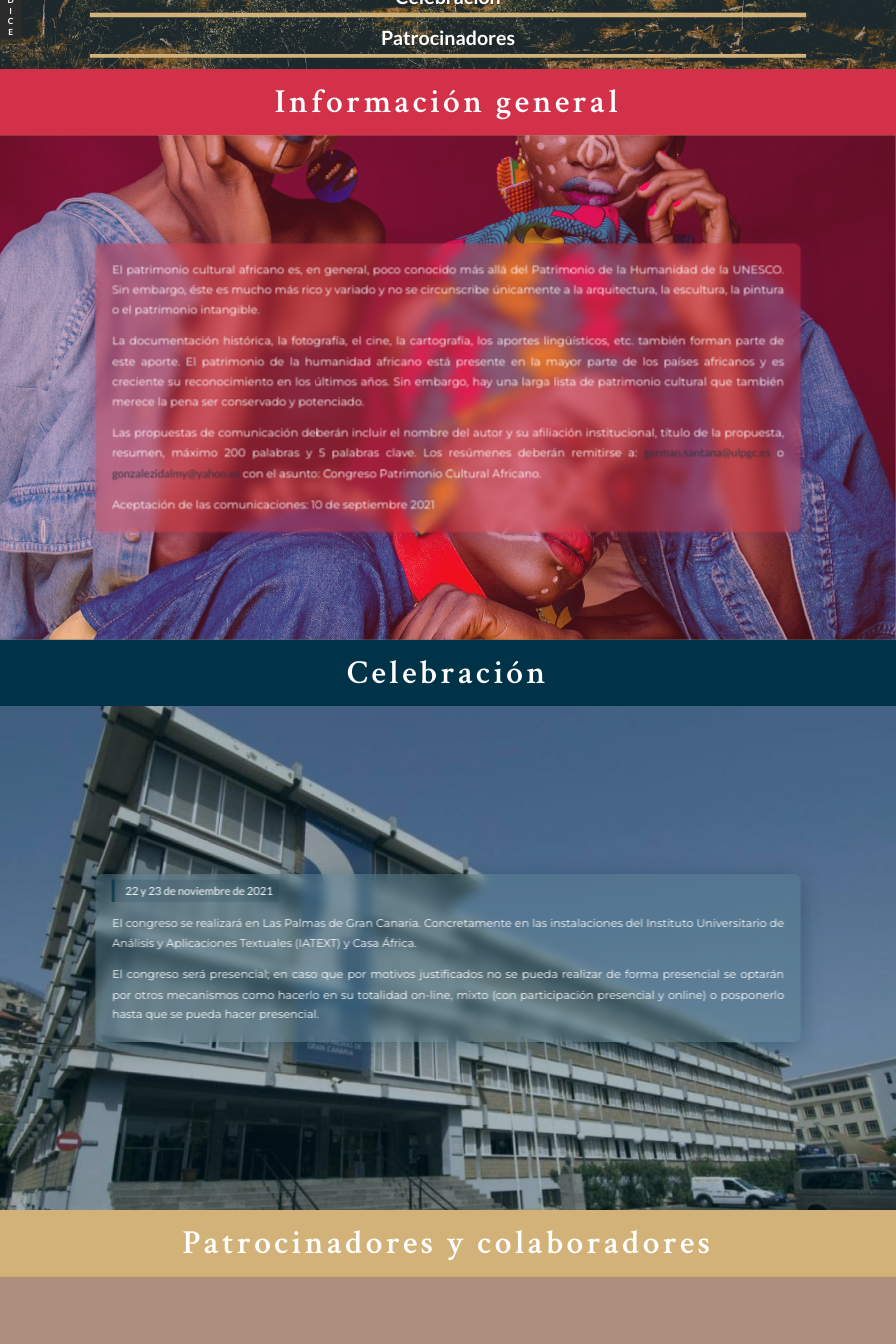
Repository: Letram/congresoafrica
Page: index.html
The author's editor kept a copy of each file at every save. The page is drawn from the files as they stood at one save, then again after the next save.
The browser window is 1280 px wide. The pictures show the part of the page from y = 402 to 2322 px (the page is 2945 px tall), at 70% of full size.
Pictures or frames that could not be fetched are drawn as grey boxes. Backgrounds fixed to the window are drawn as part of the page. Some web libraries are served in a nearby version. The style sheet was rebuilt from its Sass, Less or Tailwind sources for each picture, by a compiler version that may differ from the author's.

Above is the page before, as saved 2021-04-30 12:57:23.

### index.html
<!DOCTYPE html>
<html lang="en">
  <head>
    <meta charset="UTF-8" />
    <meta name="viewport" content="width=device-width, initial-scale=1.0" />
    <title>
      CONGRESO INTERNACIONAL SOBRE PATRIMONIO CULTURAL AFRICANO ATLÁNTICO Y DE
      LA AFRODESCENDENCIA
    </title>
    <link rel="stylesheet" href="styles/simple-grid.min.css" />
    <link rel="stylesheet" href="styles/styles.css" />
    <link
      rel="shortcut icon"
      href="resources/pictures/favicon.png"
      type="image/x-icon"
    />
  </head>
  <body>
    <header id="header">
      <section class="head">
        <div class="logo">
          <img src="resources\pictures\africa-icon-9.jpg" alt="" />
        </div>
        <h2 class="title">
          Congreso Internacional sobre Patrimonio Cultural Africano Atlántico y
          de la Afrodescendencia
        </h2>
      </section>
      <nav class="navigation">
        <a href="#s1"><p>Información general</p></a>
        <a href="#s2"><p>Celebración</p></a>
        <a href="#s3"><p>Patrocinadores</p></a>
      </nav>
    </header>
    <article>
      <h1 id="s1" class="title t1">Información general</h1>
      <section class="section sec-1">
        <div class="card">
          <div class="content">
            <p>
              El patrimonio cultural africano es, en general, poco conocido más
              allá del Patrimonio de la Humanidad de la UNESCO. Sin embargo,
              éste es mucho más rico y variado y no se circunscribe únicamente a
              la arquitectura, la escultura, la pintura o el patrimonio
              intangible.
            </p>
            <p>
              La documentación histórica, la fotografía, el cine, la
              cartografía, los aportes lingüísticos, etc. también forman parte
              de este aporte. El patrimonio de la humanidad africano está
              presente en la mayor parte de los países africanos y es creciente
              su reconocimiento en los últimos años. Sin embargo, hay una larga
              lista de patrimonio cultural que también merece la pena ser
              conservado y potenciado.
            </p>
            <p>
              Las propuestas de comunicación deberán incluir el nombre del autor
              y su afiliación institucional, título de la propuesta, resumen,
              máximo 200 palabras y 5 palabras clave. Los resúmenes deberán
              remitirse a: <span>german.santana@ulpgc.es</span> o <span>gonzalezidalmy@yahoo.es</span> con
              el asunto: Congreso Patrimonio Cultural Africano.
            </p>
            <p>Aceptación de las comunicaciones: 10 de septiembre 2021</p>
          </div>
        </div>
      </section>
      <h1 id="s2" class="title t2">Celebración</h1>
      <section class="section sec-2">
        <div class="card">
          <div class="content">
            <span class="fecha">22 y 23 de noviembre de 2021</span>
            <p>
              El congreso se realizará en Las Palmas de Gran Canaria.
              Concretamente en las instalaciones del Instituto Universitario de
              Análisis y Aplicaciones Textuales (IATEXT) y Casa África.
            </p>
            <p>
              El congreso será presencial; en caso que por motivos justificados
              no se pueda realizar de forma presencial se optarán por otros
              mecanismos como hacerlo en su totalidad on-line, mixto (con
              participación presencial y online) o posponerlo hasta que se pueda
              hacer presencial.
            </p>
          </div>
        </div>
      </section>
      <h1 id="s3" class="title t3">Patrocinadores y colaboradores</h1>
      <section class="section sec-3">
        <div class="card">
          <div class="content">
            <div class="foundation">
              <div class="founders">
                <div class="founder founder1">
                  <p>Fundación Caja Canarias</p>
                  <img
                    src="./resources/pictures/fundacion_cajacanarias_logo_round.png"
                    alt="logo fundación Caja Canarias"
                  />
                </div>
                <div class="founder founder2">
                  <p>Fundación La Caixa</p>
                  <img
                    src="./resources/pictures/fundacion_la_caixa_logo_round.png"
                    alt="logo fundación La Caixa"
                  />
                </div>
                <p class="text">
                  A través del proyecto "Localización y puesta en valor del
                  patrimonio africano en Canarias"
                </p>
              </div>
              <div class="founder">
                <p><i>(Colabora)</i> Casa Africa</p>
                <img
                  src="./resources/pictures/casa_africa_logo_round.png"
                  alt="logo Casa África"
                />
              </div>
              <div class="founder">
                <p>IATEXT</p>
                <img
                  src="./resources/pictures/submarcas_iatext_redes_copia-2.png"
                  alt="logo IATEXT"
                />
              </div>
            </div>
          </div>
        </div>
      </section>
    </article>

    <div class="index">
      <p id="indexToggle" onclick="toggleIndexes()" class="title">indice</p>
      <div id="indexes" class="indexes clipped">
        <a onclick="toggleIndexes()" href="#s1"><p>Información general</p></a>
        <a onclick="toggleIndexes()" href="#s2"><p>Celebración</p></a>
        <a onclick="toggleIndexes()" href="#s3"><p>Patrocinadores</p></a>
      </div>
    </div>

    <script
      src="https://cdnjs.cloudflare.com/ajax/libs/gsap/3.6.0/gsap.min.js"
      integrity="sha512-1dalHDkG9EtcOmCnoCjiwQ/HEB5SDNqw8d4G2MKoNwjiwMNeBAkudsBCmSlMnXdsH8Bm0mOd3tl/6nL5y0bMaQ=="
      crossorigin="anonymous"
    ></script>
    <script
      src="https://cdnjs.cloudflare.com/ajax/libs/gsap/3.6.0/EasePack.min.js"
      integrity="sha512-BtkmHcburTSPPhy5MastdmQoE2nLn+jCeZf73RXXd7dk6z6Z7FXIjVeVfBPHpnha0KYKSaNyBZLVvBNejz+5wg=="
      crossorigin="anonymous"
    ></script>
    <script
      src="https://cdnjs.cloudflare.com/ajax/libs/gsap/3.6.0/CSSRulePlugin.min.js"
      integrity="sha512-9F1xsW3TBG87UnyGcF1SrXph249h/eUKPRKJZVhXxW+OeDmCiBvU9/gLfOo5qEvGTjTxOr6YQrY4ImjL90IUyw=="
      crossorigin="anonymous"
    ></script>
    <script src="scripts/scripts.js"></script>
  </body>
</html>

### styles/simple-grid.min.css
@import url(https://fonts.googleapis.com/css?family=Lato:400,300,300italic,400italic,700,700italic);
body,
html {
  height: 100%;
  width: 100%;
  margin: 0;
  padding: 0;
  left: 0;
  top: 0;
  font-size: 100%;
}
.center,
.container {
  margin-left: auto;
  margin-right: auto;
}
* {
  font-family: Lato, Helvetica, sans-serif;
  color: #333447;
  line-height: 1.5;
}
h1 {
  font-size: 2.5rem;
}
h2 {
  font-size: 2rem;
}
h3 {
  font-size: 1.375rem;
}
h4 {
  font-size: 1.125rem;
}
h5 {
  font-size: 1rem;
}
h6 {
  font-size: 0.875rem;
}
p {
  font-size: 1.125rem;
  font-weight: 200;
  line-height: 1.8;
}
.font-light {
  font-weight: 300;
}
.font-regular {
  font-weight: 400;
}
.font-heavy {
  font-weight: 700;
}
.left {
  text-align: left;
}
.right {
  text-align: right;
}
.center {
  text-align: center;
}
.justify {
  text-align: justify;
}
.container {
  width: 90%;
}
.row {
  position: relative;
  width: 100%;
}
.row [class^="col"] {
  float: left;
  margin: 0.5rem 2%;
  min-height: 0.125rem;
}
.col-1,
.col-10,
.col-11,
.col-12,
.col-2,
.col-3,
.col-4,
.col-5,
.col-6,
.col-7,
.col-8,
.col-9 {
  width: 96%;
}
.col-1-sm {
  width: 4.33%;
}
.col-2-sm {
  width: 12.66%;
}
.col-3-sm {
  width: 21%;
}
.col-4-sm {
  width: 29.33%;
}
.col-5-sm {
  width: 37.66%;
}
.col-6-sm {
  width: 46%;
}
.col-7-sm {
  width: 54.33%;
}
.col-8-sm {
  width: 62.66%;
}
.col-9-sm {
  width: 71%;
}
.col-10-sm {
  width: 79.33%;
}
.col-11-sm {
  width: 87.66%;
}
.col-12-sm {
  width: 96%;
}
.row::after {
  content: "";
  display: table;
  clear: both;
}
.hidden-sm {
  display: none;
}
@media only screen and (min-width: 33.75em) {
  .container {
    width: 80%;
  }
}
@media only screen and (min-width: 45em) {
  .col-1 {
    width: 4.33%;
  }
  .col-2 {
    width: 12.66%;
  }
  .col-3 {
    width: 21%;
  }
  .col-4 {
    width: 29.33%;
  }
  .col-5 {
    width: 37.66%;
  }
  .col-6 {
    width: 46%;
  }
  .col-7 {
    width: 54.33%;
  }
  .col-8 {
    width: 62.66%;
  }
  .col-9 {
    width: 71%;
  }
  .col-10 {
    width: 79.33%;
  }
  .col-11 {
    width: 87.66%;
  }
  .col-12 {
    width: 96%;
  }
  .hidden-sm {
    display: block;
  }
}
@media only screen and (min-width: 60em) {
  .container {
    width: 75%;
    max-width: 60rem;
  }
}

### scripts/scripts.js
function toggleIndexes() {
  indexes = document.getElementById("indexes");
  indexes.classList.toggle("clipped");
}

### styles/styles.scss
$brown: rgb(210, 178, 120);
$orange: rgb(213, 108, 51);
$blue: #003348;
$blue-light: #5a8192;
$green: rgb(119, 146, 95);
$purple: rgb(119, 38, 94);
$pink: rgb(211, 49, 73);
$light: #b5d9bd;
$black: rgb(43, 43, 43);

@import url("https://fonts.googleapis.com/css2?family=Crimson+Text:wght@600");
@import url("https://fonts.googleapis.com/css2?family=Montserrat:wght@400;500");
* {
  all: default;
}
html {
  scroll-behavior: smooth;
}
body {
  background: #d2b278;
}

/* The sticky class is added to the navbar with JS when it reaches its scroll position */
.sticky {
  position: sticky;
  top: 0;
  z-index: 99;
}

header {
  background: url("../resources/pictures/pexels-oleg-magni-861339.jpg")
    rgba(43, 43, 43, 0.3);
  background-blend-mode: color;
  background-position: 0% 50%;
  background-size: cover;
  background-repeat: no-repeat;
  .head {
    display: flex;
    justify-content: center;
    align-items: center;
    .logo {
      position: relative;
      background-color: $brown;
      border-radius: 50%;
      display: flex;
      justify-content: center;
      align-items: center;
      width: 6rem;
      height: 6rem;
      margin: 2rem;
      img {
        width: 10rem;
        height: auto;
        object-fit: contain;
      }
    }
    .title {
      position: relative;
      color: $brown;
      text-shadow: 1px 1px 2px $black;
    }
    position: relative;
    &:before {
      content: "";
      position: absolute;
      top: 0;
      bottom: 0;
      left: 0;
      right: 0;
      background-color: rgba($color: $black, $alpha: 0.6);
    }
  }
  .navigation {
    display: flex;
    justify-content: space-between;
    align-items: center;
    width: 70%;
    margin: auto;
    padding-bottom: 1rem;
    a {
      position: relative;
      text-decoration: none;
      color: $brown;
      font-size: 2rem;
      overflow: hidden;
      &::before {
        content: "";
        width: 100%;
        height: 100%;
        position: absolute;
        bottom: 0;
        left: 0;
        right: 0;
        background: linear-gradient(
          $brown 12%,
          rgba($color: $brown, $alpha: 0.3) 12%
        );
        transform: translateY(90%);
        transition: all ease-in 0.15s;
      }
      &:hover {
        &::before {
          transform: translateY(0);
        }
      }
      p {
        margin: 0;
        padding: 0.25rem 4rem;
        text-decoration: none;
        color: white;
        font-size: 1.75rem;
        font-weight: bold;
        position: relative;
        transition: all ease-in 0.15s;
        text-shadow: 1px 1px 2px $black;
      }
    }
  }
}

article {
  display: flex;
  flex-direction: column;
  h1.title {
    width: 100%;
    margin: auto;
    padding: 2rem 0;
    text-align: center;
    background-color: $orange;
    color: white;
    font-family: "Crimson Text", serif;
    font-size: 3rem;
    line-height: normal;
    letter-spacing: 0.3rem;
    &.t1 {
      background-color: $pink;
    }
    &.t2 {
      background-color: $blue;
    }
    &.t3 {
      background-color: $brown;
    }
  }
}

.section {
  width: 100%;
  min-height: 100vh;
  background-attachment: fixed;
  background-position: center;
  background-repeat: no-repeat;
  position: relative;
  display: flex;
  justify-content: center;
  align-items: center;
  &.sec-1 {
    background-image: url("../resources/pictures/pexels-bestbe-models-2170387.jpg");
    background-size: cover;
    &::before {
      content: "";
      position: absolute;
      top: 0;
      bottom: 0;
      left: 0;
      right: 0;
      background: rgba($color: $pink, $alpha: 0.3);
      background-size: cover;
    }
    .card {
      background-color: rgba($color: $pink, $alpha: 0.45);
      box-shadow: 0 8px 32px 0 rgba($color: $purple, $alpha: 0.4);
      margin: 3rem 0;
      .content {
        color: white;
      }
    }
  }
  &.sec-2 {
    background-image: url("../resources/pictures/1568293830_982907_1568294091_noticia_normal_recorte1.jpg");
    background-size: cover;
    &::before {
      content: "";
      position: absolute;
      top: 0;
      bottom: 0;
      left: 0;
      right: 0;
      background: rgba($color: $blue, $alpha: 0.3);
      background-size: cover;
    }
    .card {
      background-color: rgba($color: $blue-light, $alpha: 0.45);
      box-shadow: 0 8px 32px 0 rgba($color: $blue, $alpha: 0.4);
      .content {
        color: white;
        .fecha {
          display: flex;
          align-items: center;
          width: fit-content;
          height: 2rem;
          color: white;
          background-color: rgba($color: #003348, $alpha: 0.15);
          padding: 0 0.5rem 0 0;
          &::before {
            content: "";
            height: inherit;
            border-right: 3px solid #003348;
            margin-right: 1rem;
          }
        }
      }
    }
  }
  &.sec-3 {
    background-image: url("../resources/pictures/pexels-cottonbro-6334763.jpg");
    background-size: cover;
    &::before {
      content: "";
      position: absolute;
      top: 0;
      bottom: 0;
      left: 0;
      right: 0;
      background: rgba($color: $orange, $alpha: 0.3);
      background-size: cover;
    }
    .card {
      background-color: rgba($color: $brown, $alpha: 0.45);
      box-shadow: 0 8px 32px 0 rgba($color: $orange, $alpha: 0.4);
      .content {
        color: white;
        .foundation {
          display: grid;
          grid-template-columns: 2fr 1fr 1fr;
          gap: 1rem;
          .founders {
            display: grid;
            gap: 1rem;
            grid-template-areas:
              "founder1 founder2"
              "text         text";

            .founder1 {
              grid-area: founder1;
            }
            .founder2 {
              grid-area: founder2;
            }
            .text {
              grid-area: text;
              font-size: 1rem;
              text-align: center;
              position: relative;
              &::before{
                content: "";
                position: absolute;
                top: -5%;
                width: 100%;
                border-top: 3px solid #d2b278;
              }
            }
            .founder1,
            .founder2 {
              p {
                text-align: center;
                font-size: 1rem;
              }
              img {
                display: block;
                object-fit: contain;
                width: 70%;
                height: auto;
                margin: 0 auto;
              }
            }
          }
          .founder {
            p {
              text-align: center;
              font-size: 1rem;
            }
            img {
              display: block;
              object-fit: contain;
              width: 70%;
              height: auto;
              margin: 0 auto;
              border-radius: 50%;
              background-color: white;
            }
          }
        }
      }
    }
  }
  .card {
    width: 60%;
    padding: 3rem 5rem;
    margin: 0 auto;
    background-color: rgba($color: white, $alpha: 0.4);
    background-clip: padding-box;
    backdrop-filter: blur(8px);
    border-radius: 10px;
    box-shadow: 0 8px 32px 0 rgba(31, 38, 135, 0.37);
    position: relative;
    .title {
      font-size: 3rem;
      position: relative;
      &:after {
        content: "";
        width: 100%;
        height: 0.35rem;
        background: $black;
        position: absolute;
        bottom: 0;
        left: 0;
      }
    }
    .content {
      p {
        font-size: 1.75rem;
        color: white;
        text-align: justify;
        font-family: "Montserrat", sans-serif;
        font-weight: 400;
      }
    }
  }
}
.index {
  position: fixed;
  top: 50%;
  left: 0;
  padding: 0;
  margin: 0;
  background: transparent;
  display: flex;
  //clip-path: circle(100% at 0 50%);
  //transition: clip-path ease-in 0.5s;
  .title {
    margin: 0;
    padding: 1rem;
    color: white;
    background: $black;
    text-transform: uppercase;
    writing-mode: vertical-rl;
    text-orientation: upright;
    cursor: pointer;
  }
  .indexes {
    border-left: 1px solid white;
    display: flex;
    flex-direction: column;
    justify-content: space-around;
    clip-path: circle(150% at 0 50%);
    background: $black;
    transition: all 0.5s ease-in-out;
    padding-left: 0.25rem;
    a {
      text-decoration: none;
      p {
        color: white;
        padding-right: 0.5rem;
        margin: 0;
        position: relative;
        overflow: hidden;
        &:after {
          content: "";
          width: 100%;
          height: 2px;
          background: white;
          position: absolute;
          bottom: 0;
          left: 0;
          transform: translateX(-100%);
          transition: all 0.25s ease-in;
        }
        &:hover {
          &:after {
            transform: translateX(0);
          }
        }
      }
    }
  }
}

.clipped {
  clip-path: circle(0% at 0 50%) !important;
}

@media (max-width: 1396px) {
  header {
    .head {
      flex-direction: column;
      .title {
        padding: 0 0.25rem !important;
        text-align: center;
      }
    }
    background-position: 0%;
    .navigation {
      width: 80%;
      flex-direction: column;
      a {
        width: 100%;
        p {
          text-align: center;
          padding: 0.25rem 0.25rem;
        }
      }
    }
  }
  article {
    .title {
      font-size: 1.5rem;
      padding: 1rem 0 !important;
    }
  }
  .section {
    .card {
      margin: 1rem auto !important;
      padding: 0.5rem 1.5rem !important;
      width: 75% !important;
      .content {
        p {
          font-size: 1rem !important;
          color: white;
        }
      }
    }
  }
  .index {
    .title {
      padding: 0.25rem;
      font-size: 0.75rem;
      font-weight: bold;
    }
    .indexes {
    }
  }
}

After the next save:
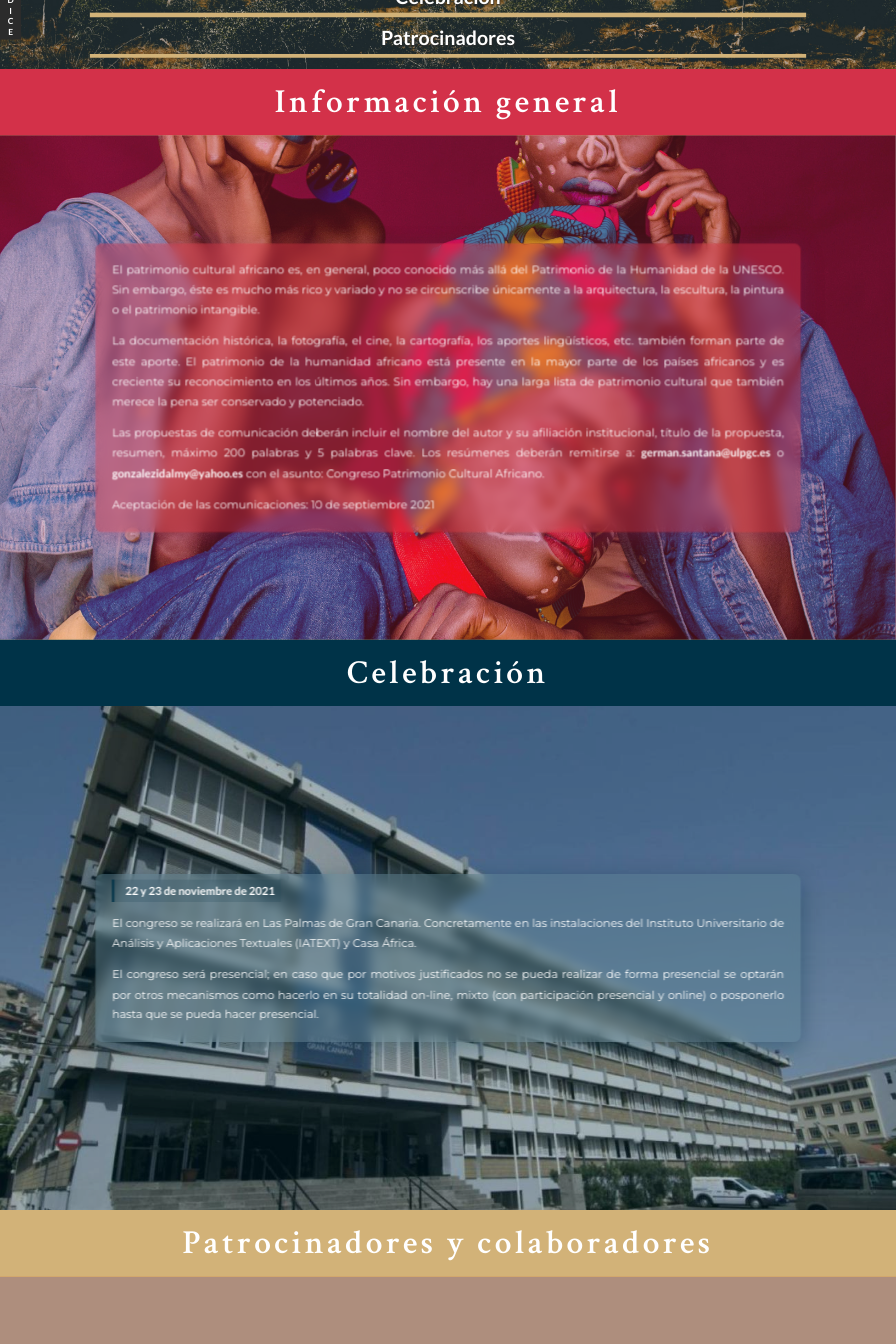
Saved 35 s later.
--- a/styles/styles.scss
+++ b/styles/styles.scss
@@ -325,6 +325,10 @@ article {
         font-family: "Montserrat", sans-serif;
         font-weight: 400;
       }
+      span{
+        color:white;
+        font-weight: bold;
+      }
     }
   }
 }
